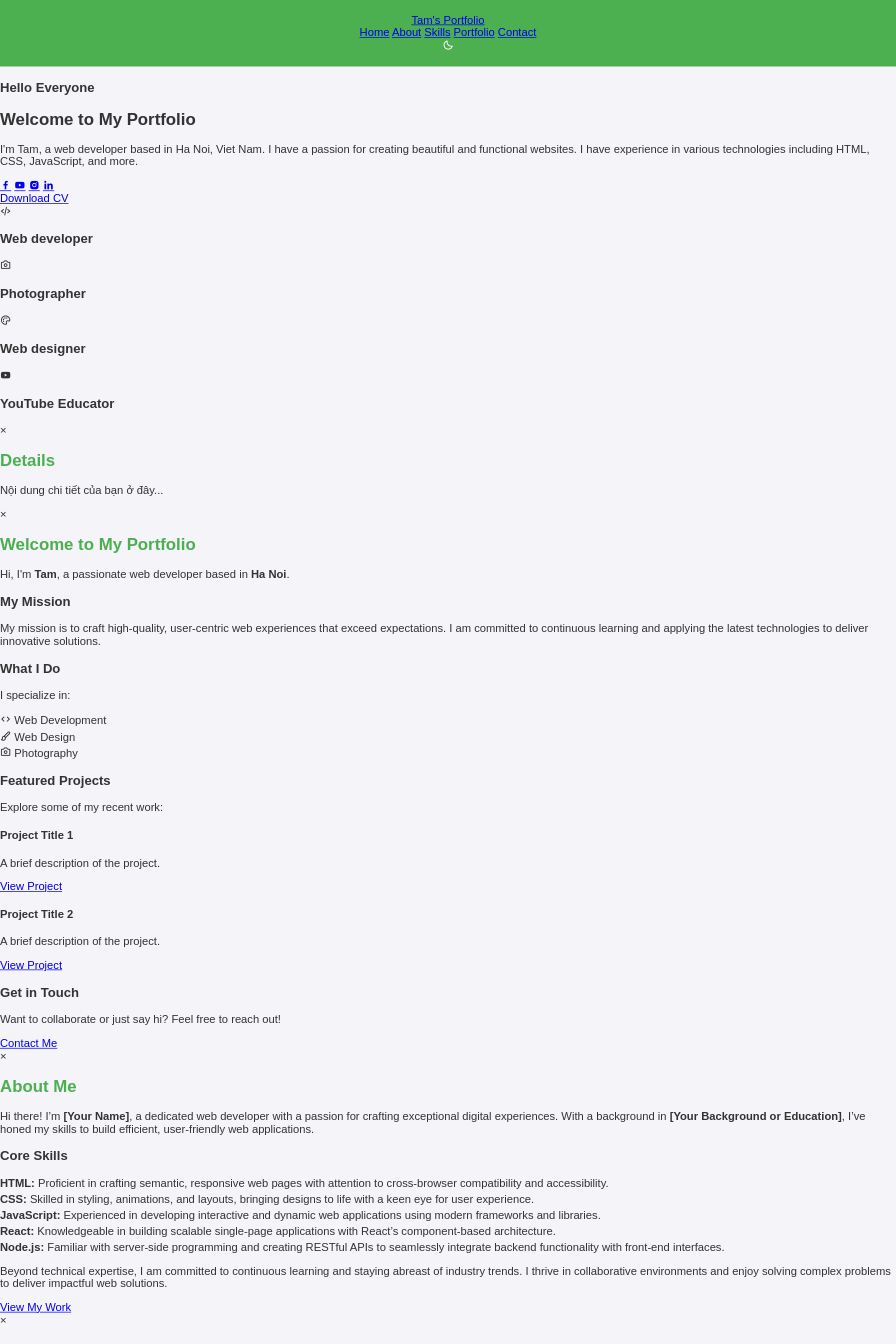
Repository: obetamoo/Introduce
Page: index.html
These files come from the project's save history. The page is drawn as it stood at one moment and after a run of saves; the edit follows.
The browser window is 1280 px wide. The pictures show the part of the page from y = 0 to 1920 px (the page is 4020 px tall before and 1102 px after), at 70% of full size.
A picture or video elsewhere on the page could not be fetched, so the positions and the page height are approximate.

Above is the page before, as saved 2024-07-20 11:34:25.
Not found: script.js

After the next 6 saves:
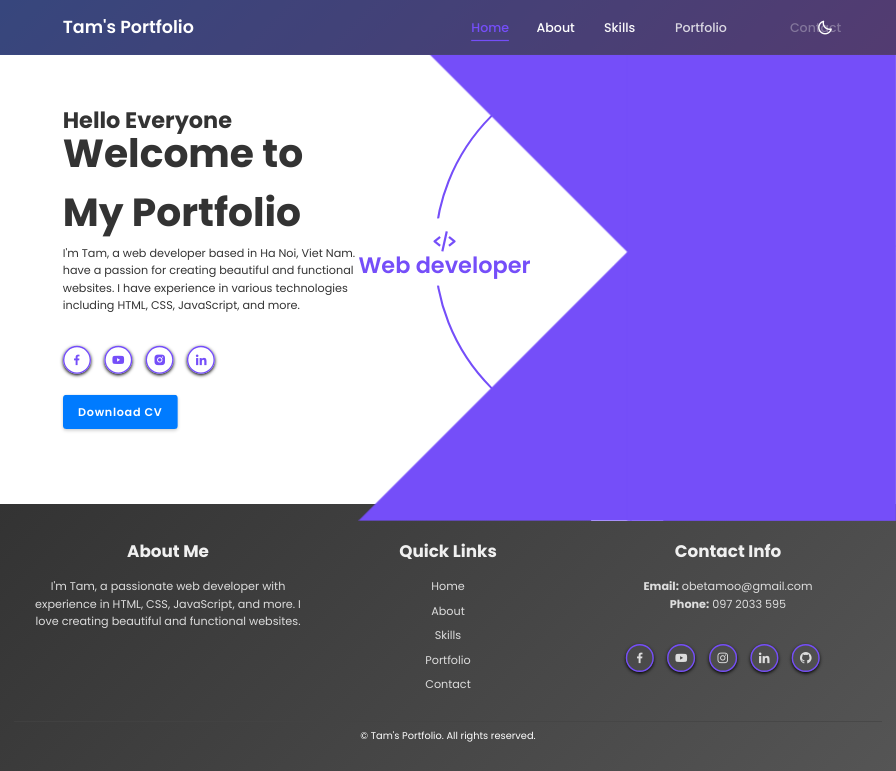
The 6 saves are shown as one change because they came seconds apart.
The last was saved 20 s later.
--- a/index.html
+++ b/index.html
@@ -16,7 +16,7 @@
       Tam's Portfolio | Innovative Web Development & Design from Ha Noi
     </title>
 
-    <link rel="stylesheet" href="style.css" />
+    <link rel="stylesheet" href="./asset/css/style.css" />
     <link
       href="https://unpkg.com/boxicons@2.1.4/css/boxicons.min.css"
       rel="stylesheet"
